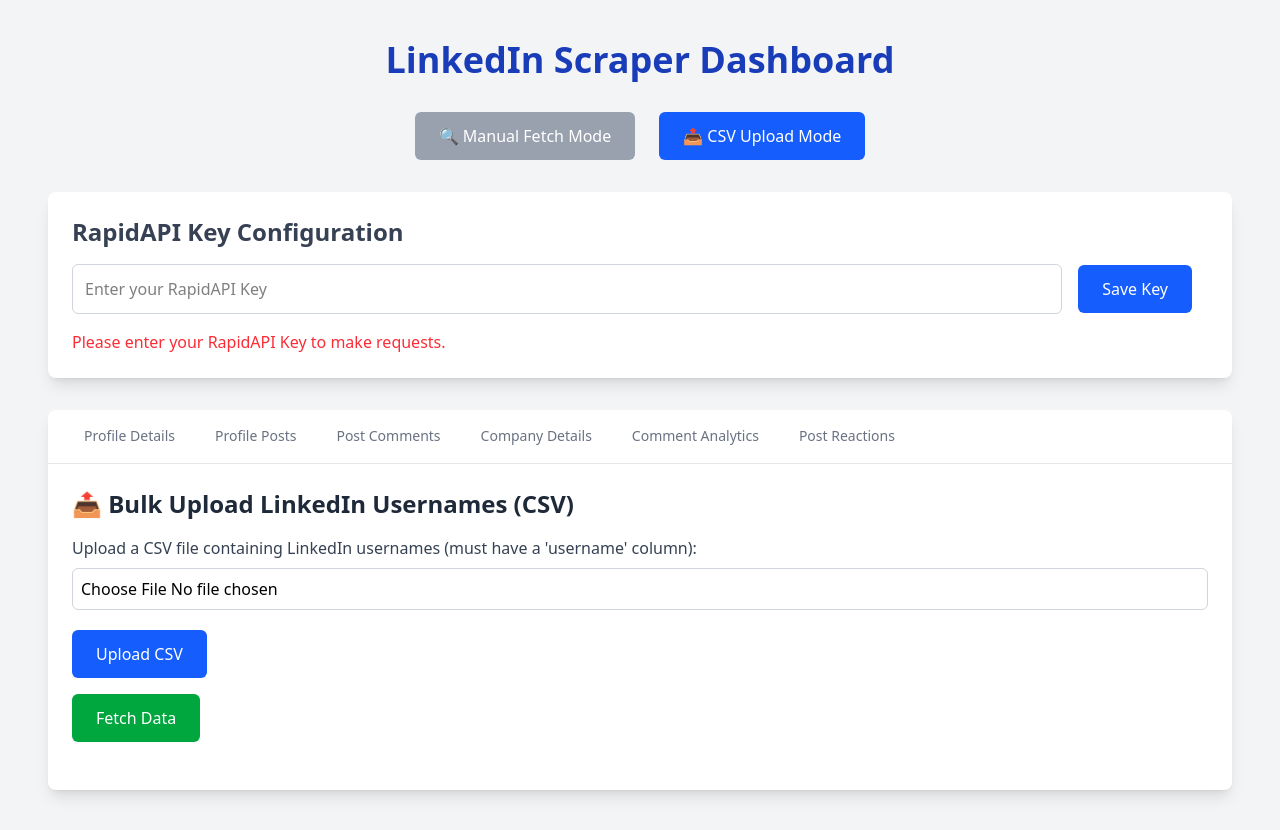
Repository: vigneshcj001/LinkedIn-Scraper-Dashboard
Page: /, after clicking the first element matching `div.flex > :nth-child(2)`
An editor plug-in stored every save of this project. The page is shown before and after the next save, followed by the edit.
The browser window is 1280 px wide. The pictures show the whole page.
The project was rebuilt for these pictures with package versions that can differ from the ones it lists, and the page was loaded fresh each time. Also part of the build but not shown: vite.config.js, src/components/DataTable.jsx, src/components/tabs/PostsTab.jsx, src/components/tabs/CommentsTab.jsx, src/components/tabs/CompanyTab.jsx, src/components/tabs/AnalyticsTab.jsx, src/components/tabs/ReactionsTab.jsx, src/components/BulkUpload/BulkPostsUploadTab.jsx and 4 more.

Above is the page before, as saved 2025-11-05 15:18:12.

After the next save:
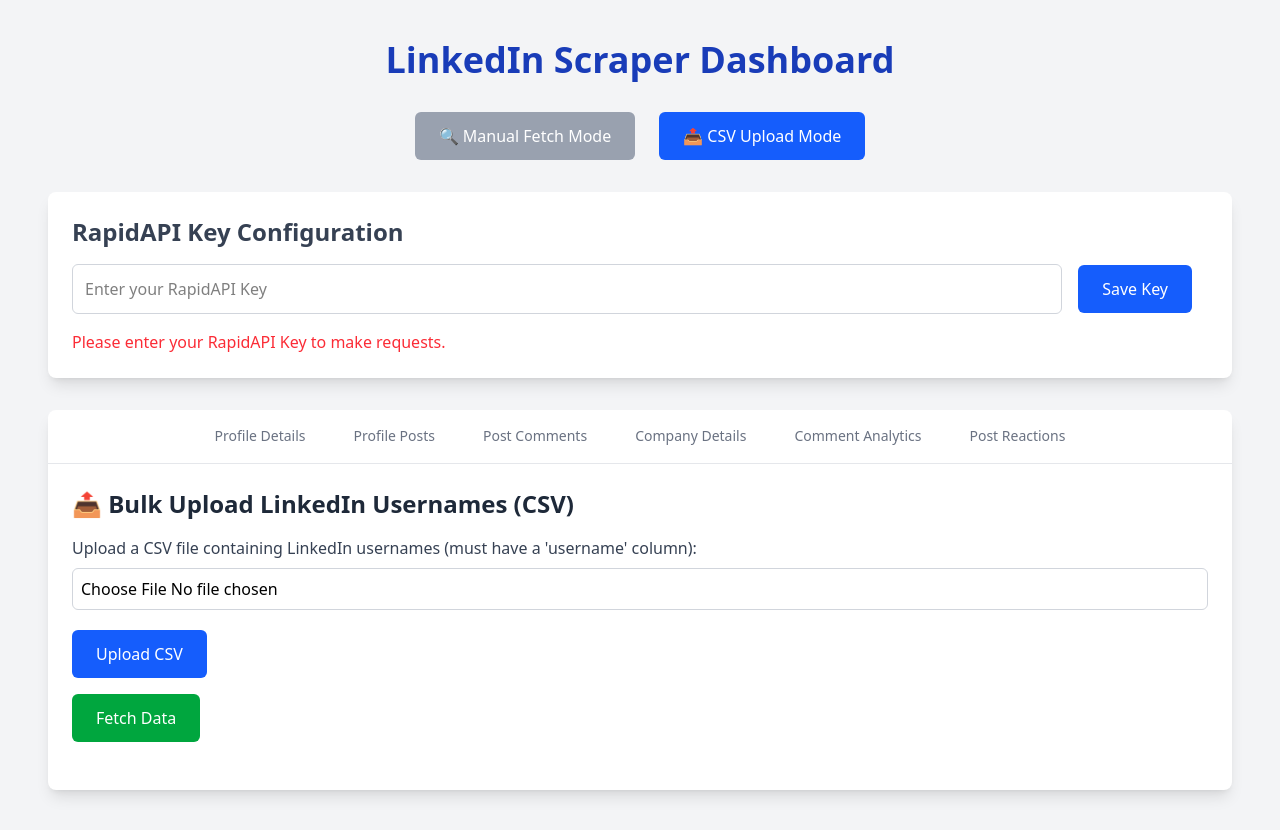
Saved 2 min 37 s later.
--- a/src/components/BulkUpload/BulkUploadTab.jsx
+++ b/src/components/BulkUpload/BulkUploadTab.jsx
@@ -32,7 +32,7 @@
     <div className="max-w-10xl mx-auto bg-white shadow-lg rounded-lg">
       <div className="border-b border-gray-200">
         <nav
-          className="-mb-px flex space-x-8 px-8"
+          className="-mb-px flex space-x-10 px-10 min-w-max sm:justify-center"
           aria-label="Bulk Upload Tabs"
         >
           {[
